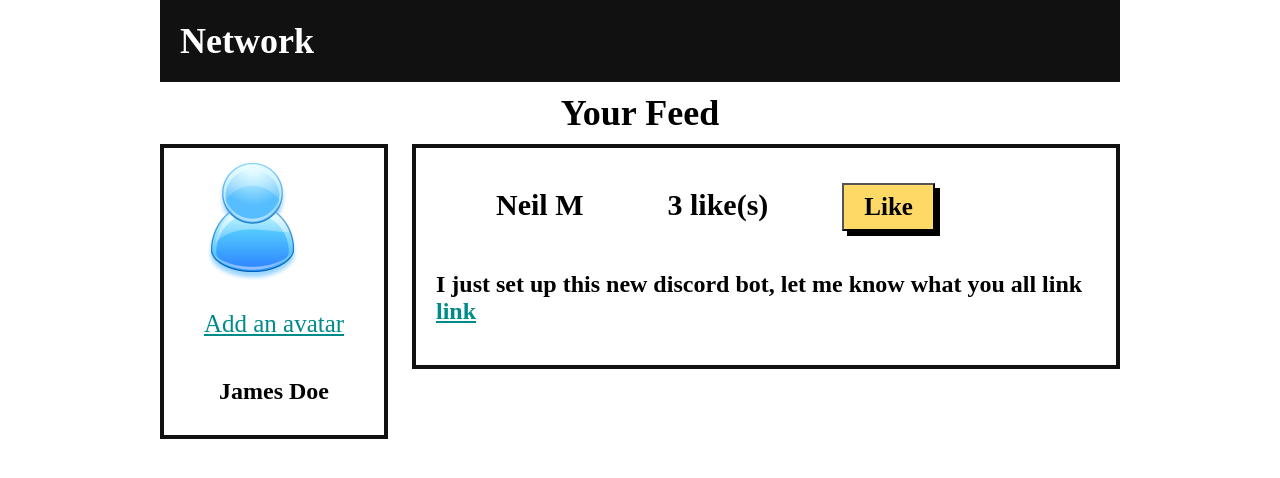
Repository: Blender20/liking_likes
Page: index.html
An editor plug-in stored every save of this project. The page is shown before and after the next save, followed by the edit.
The browser window is 1280 px wide. The pictures show the whole page.
Some web fonts or font styles are not loaded; a fallback is used.

Above is the page before, as saved 2022-03-30 11:37:51.

After the next save:
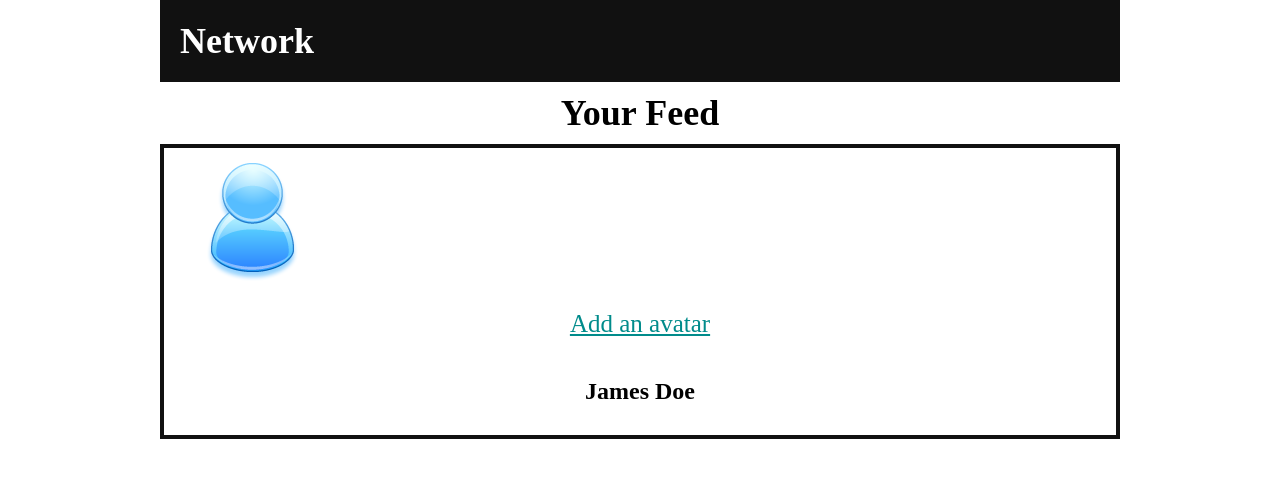
Saved 11 min 36 s later.
--- a/index.html
+++ b/index.html
@@ -29,15 +29,7 @@
       </div>
     </div>
 
-    <div class="rightColumn">
-      <h3>Neil M</h3>
-      <h3><span id="likeCount">3</span> like(s)</h3>
-      <button onclick="addLike()" id="like">Like</button>
 
-      <div class="text-box">
-        <h2>I just set up this new discord bot, let me know what you all link <a href="#">link</a></h2>
-      </div>
-    </div>
   </div>
 
 

After the save that followed:
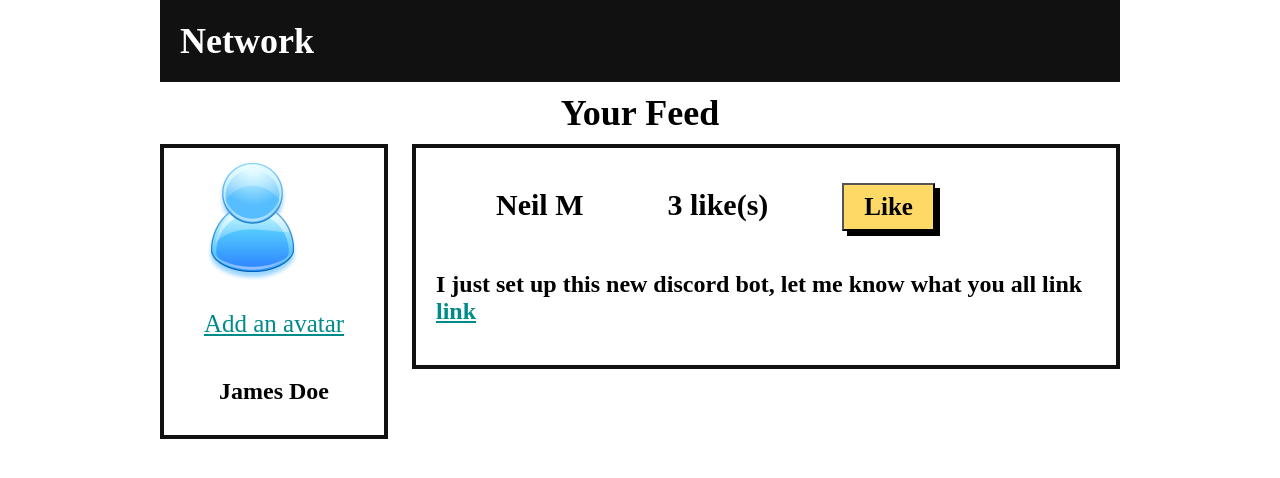
Saved 19 s later.
--- a/index.html
+++ b/index.html
@@ -29,7 +29,15 @@
       </div>
     </div>
 
+    <div class="rightColumn">
+      <h3>Neil M</h3>
+      <h3><span id="likeCount">3</span> like(s)</h3>
+      <button onclick="addLike()" id="like">Like</button>
 
+      <div class="text-box">
+        <h2>I just set up this new discord bot, let me know what you all link <a href="#">link</a></h2>
+      </div>
+    </div>
   </div>
 
 
